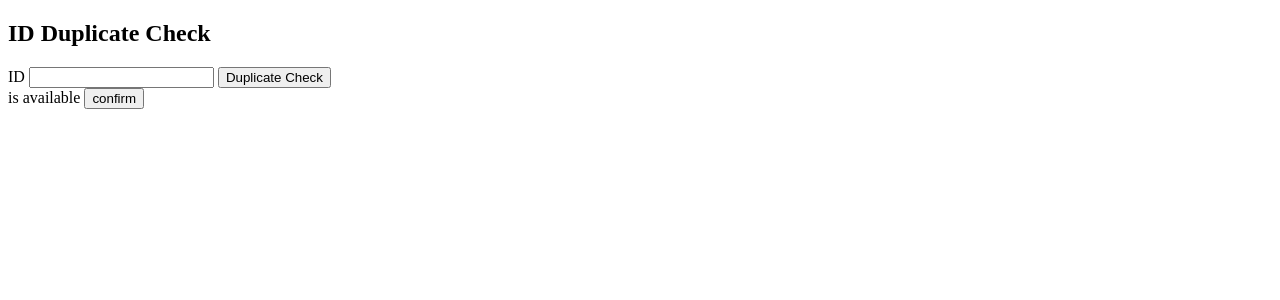
Repository: uhhuhhmm/JSP-Servlet-Class
Page: http://localhost/web05/idCheck.do
These files come from the project's save history. The page is drawn as it stood at one moment and after the next save; the edit follows.
The browser window is 1280 px wide. The pictures show the whole page.
The page is served by Tomcat 9. Queries for data that is not in the repository find no rows.

Above is the page before, as saved 2022-07-20 01:03:47.

After the next save:
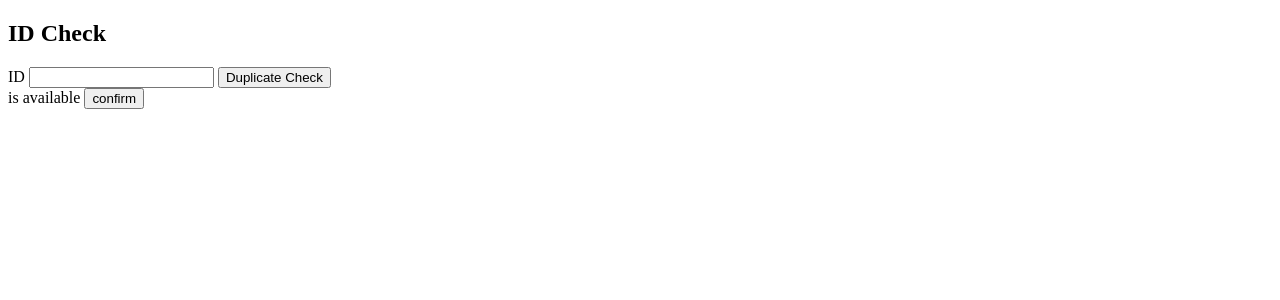
Saved 5 min 37 s later.
--- a/web05/WebContent/member/idcheck.jsp
+++ b/web05/WebContent/member/idcheck.jsp
@@ -9,7 +9,7 @@
 <script type="text/javascript" src="script/member.js"></script>
 </head>
 <body>
-	<h2> ID Duplicate Check</h2>
+	<h2> ID Check</h2>
 	<form action="idcheck.do" method="get" name="frm">
 		ID <input type="text" name="userid" value="${userid }">
 			<input type="submit" value="Duplicate Check">
